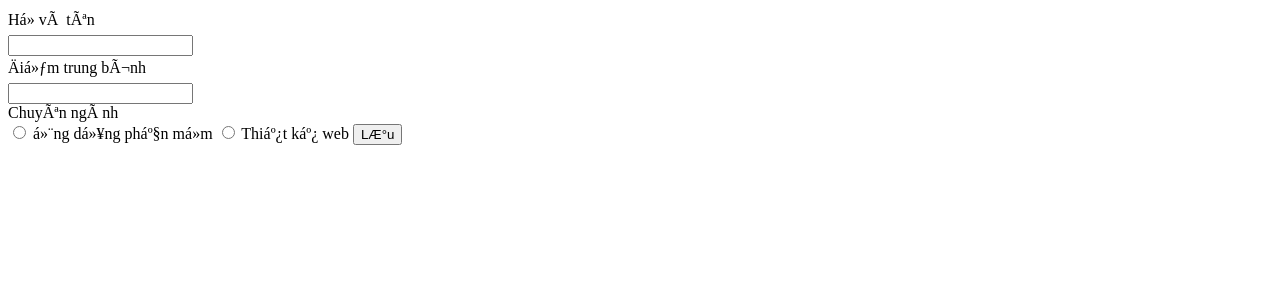
Repository: theweezar/Java
Page: http://localhost/PTHCM/WEB-INF/views/student/form.jsp
An editor plug-in stored every save of this project. The page is shown before and after the next save, followed by the edit.
The browser window is 1280 px wide. The pictures show the whole page.
The page is served by Tomcat 9. Nobody is signed in. The template is opened directly, without the code that normally fills it, so the values that code supplies are empty.

Above is the page before, as saved 2020-04-15 03:20:49.

After the next save:
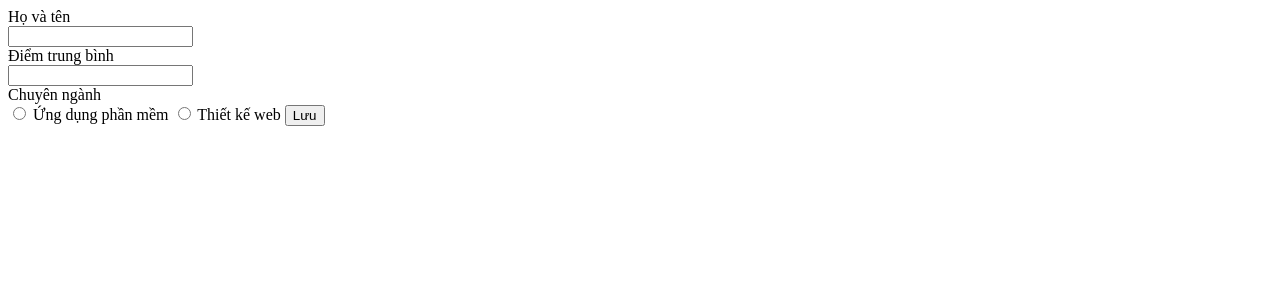
Saved 2 min 45 s later.
--- a/HoangPhanMinhDuc_N17DCAT018_1/PTHCM/WebContent/WEB-INF/views/student/form.jsp
+++ b/HoangPhanMinhDuc_N17DCAT018_1/PTHCM/WebContent/WEB-INF/views/student/form.jsp
@@ -1,5 +1,6 @@
-<%@ page language="java" contentType="text/html; charset=ISO-8859-1"
-    pageEncoding="ISO-8859-1"%>
+<%@ page language="java" contentType="text/html; charset=UTF-8"
+    pageEncoding="UTF-8"%>
+
 <!DOCTYPE html PUBLIC "-//W3C//DTD HTML 4.01 Transitional//EN" "http://www.w3.org/TR/html4/loose.dtd">
 <html>
 <head>
